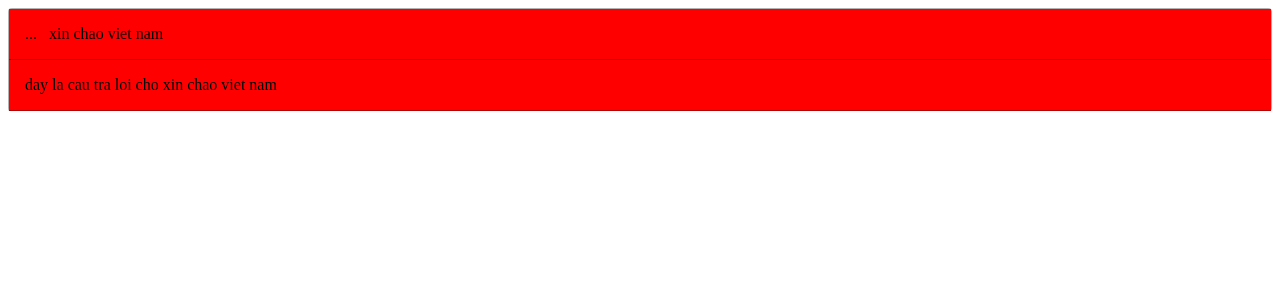
Repository: AOY311/DuckEdu
Page: test2.html
These files come from the project's save history. The page is drawn as it stood at one moment and after the next save; the edit follows.
The browser window is 1280 px wide. The pictures show the whole page.
After loading, the first visible `div.accordion__item` was clicked once.

Above is the page before, as saved 2021-10-31 14:12:57.

After the next save:
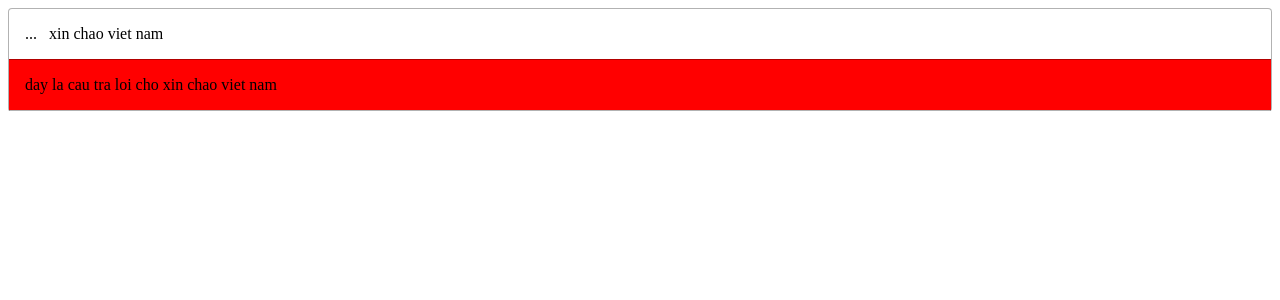
Saved 60 s later.
--- a/test2.html
+++ b/test2.html
@@ -75,7 +75,7 @@
 </body>
 <script>
     function showComment(obj) {
-        $(obj).last().css("background", "red");
+        $(obj).children().last().css("background", "red");
     }
 </script>
 
